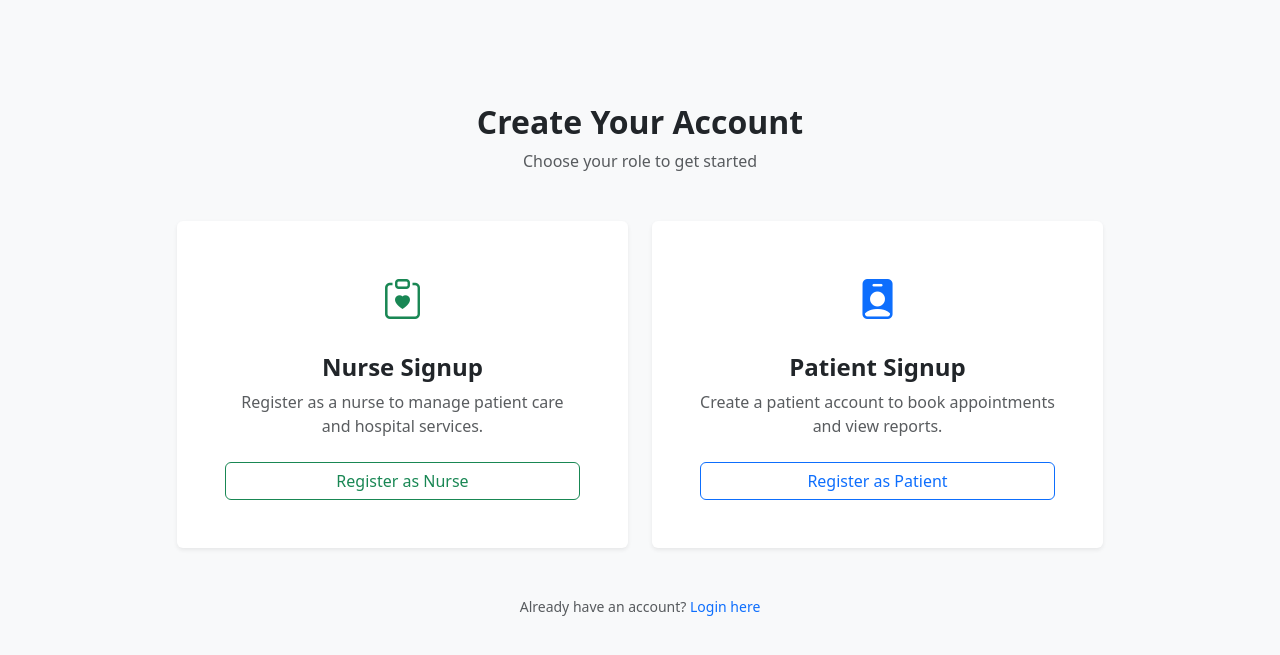
Repository: Rajasekaran0415/LifeCare-Management-System
Page: Project/signup.html
These files come from the project's save history. The page is drawn as it stood at one moment and after the next save; the edit follows.
The browser window is 1280 px wide. The pictures show the whole page.

Above is the page before, as saved 2025-12-26 21:33:00.

After the next save:
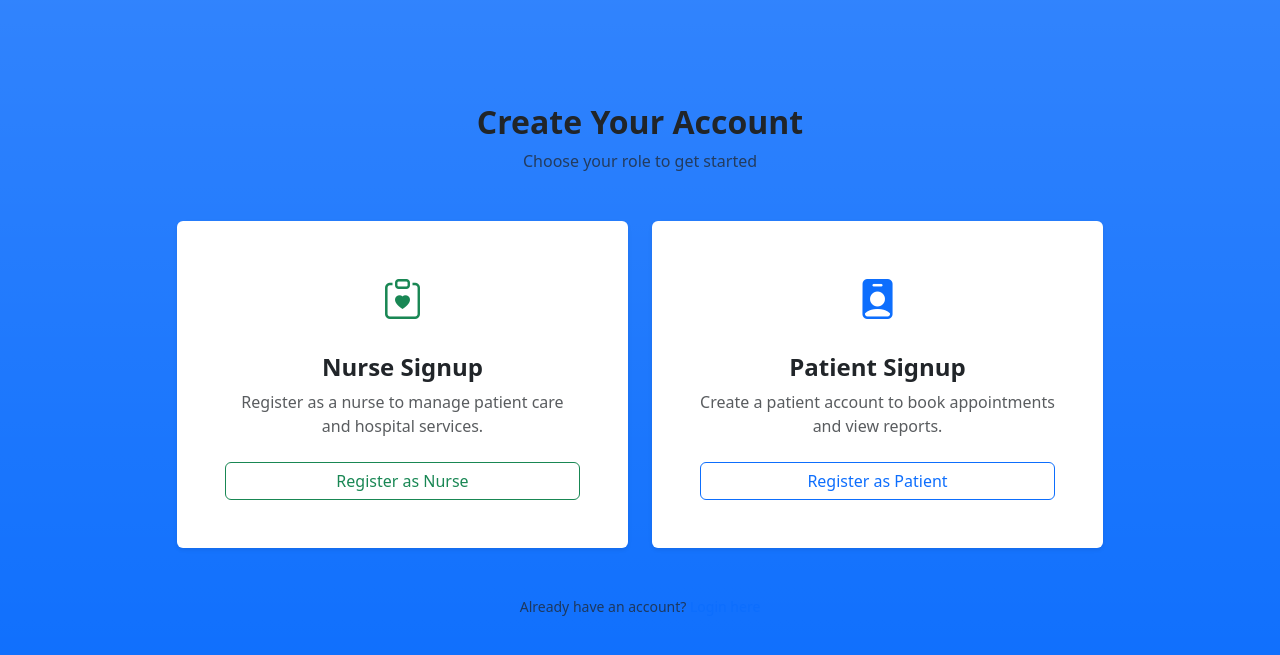
Saved 16 s later.
--- a/Project/signup.html
+++ b/Project/signup.html
@@ -10,8 +10,7 @@
   <!-- Bootstrap Icons -->
   <link href="https://cdn.jsdelivr.net/npm/bootstrap-icons/font/bootstrap-icons.css" rel="stylesheet">
 </head>
-
-<body class="bg-light d-flex align-items-center" style="min-height:100vh;">
+<body class="bg-primary bg-gradient d-flex align-items-center" style="min-height:100vh;">
 
   <div class="container">
 
